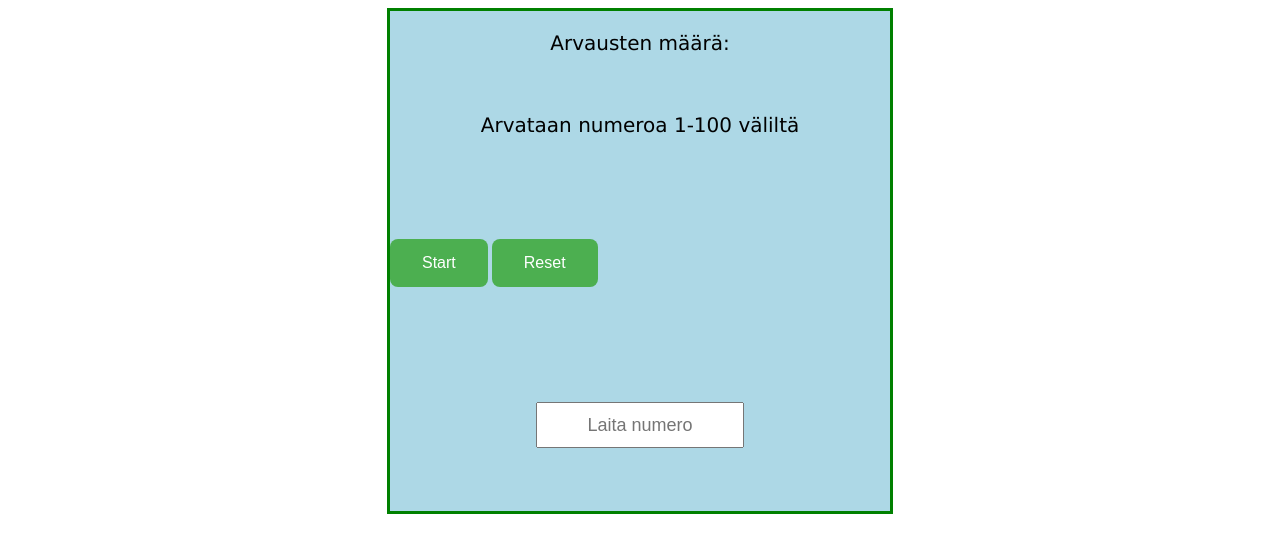
Repository: VadimZubchenko/numeronarvouspeli_JS
Page: public/index.html
The author's editor kept a copy of each file at every save. The page is drawn from the files as they stood at one save, then again after the next save.
The browser window is 1280 px wide. The pictures show the whole page.

Above is the page before, as saved 2022-04-26 08:33:16.

After the next save:
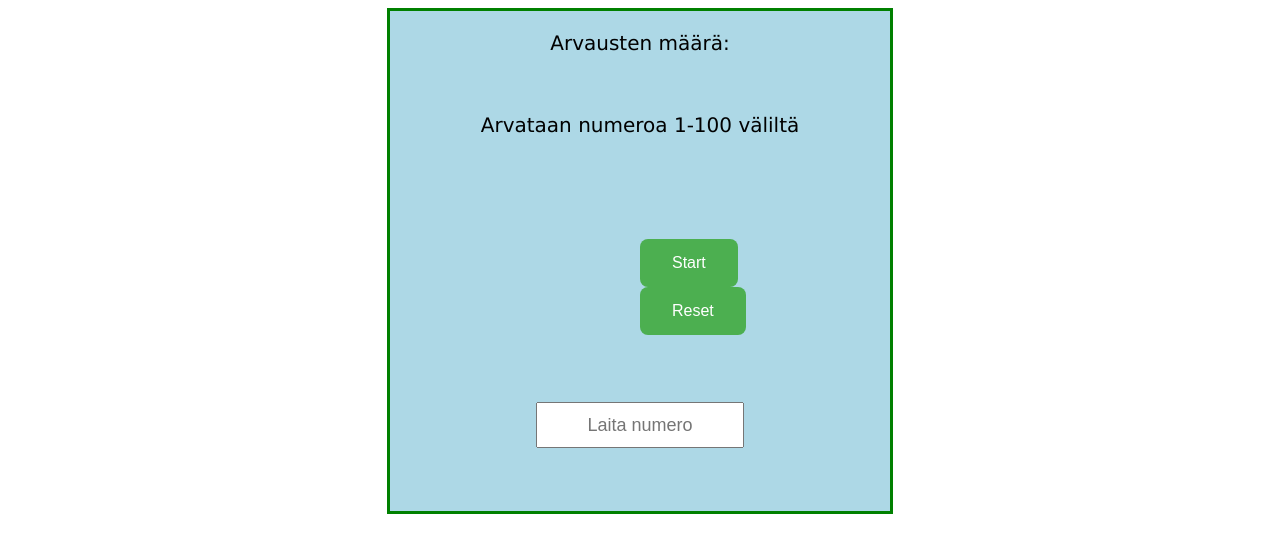
Saved 18 s later.
--- a/public/mystyle.css
+++ b/public/mystyle.css
@@ -34,7 +34,7 @@ button {
   display: inline-block;
   font-size: 16px;
   border-radius: 8px;
-  margin-left: auto;
+  margin-left: 50%;
   margin-right: auto;
 
 }
